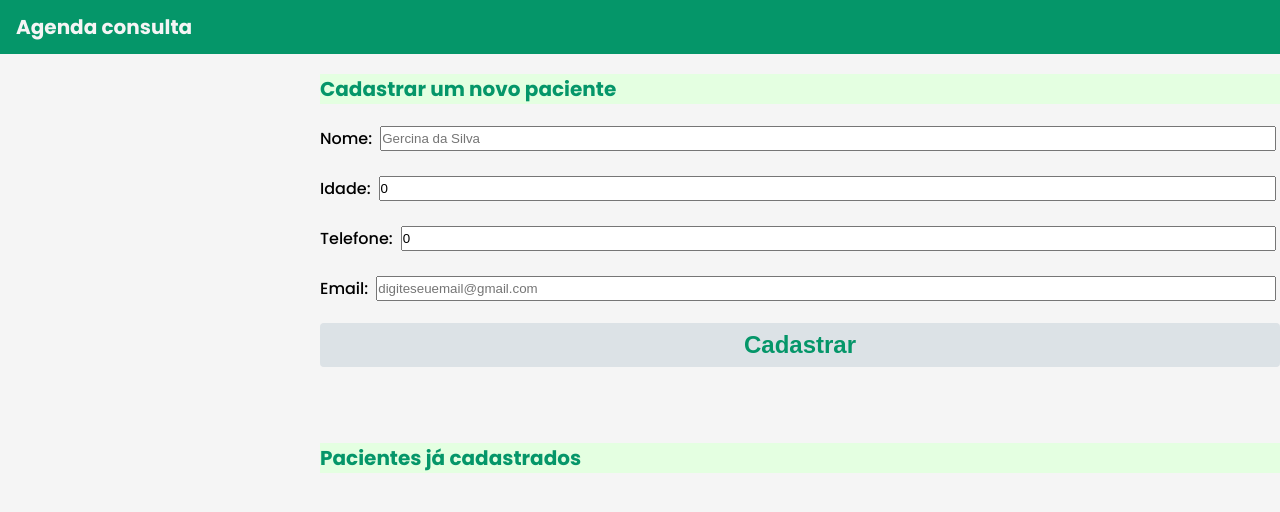
Repository: BarbaraCD/agendaconsulta
Page: /
An editor plug-in stored every save of this project. The page is shown before and after the next save, followed by the edit.
The browser window is 1280 px wide. The pictures show the whole page.
The page's requests for data from a server got no answer. The project was rebuilt for these pictures with package versions that can differ from the ones it lists, and the page was loaded fresh each time. No one was signed in, and anything a server would have sent is missing. Also part of the build but not shown: vite.config.ts, src/styles/StyleList.ts, src/components/Patients.tsx.

Above is the page before, as saved 2023-07-31 09:15:37.

### index.html
<!DOCTYPE html>
<html lang="en">
  <head>
    <meta charset="UTF-8" />
    <link rel="icon" type="image/svg+xml" href="/vite.svg" />
    <meta name="viewport" content="width=device-width, initial-scale=1.0" />

    <link rel="preconnect" href="https://fonts.googleapis.com">
    <link rel="preconnect" href="https://fonts.gstatic.com" crossorigin>
    <link href="https://fonts.googleapis.com/css2?family=Poppins:wght@400;500;700&display=swap" rel="stylesheet">

    <title>Agendamento de Consulta</title>
  </head>
  <body>
    <div id="root"></div>
    <script type="module" src="/src/main.tsx"></script>
  </body>
</html>

### src/main.tsx
import React from 'react'
import ReactDOM from 'react-dom/client'
import App from './App.tsx'
import { ThemeProvider } from 'styled-components'
import { theme } from './styles/Theme.ts'

ReactDOM.createRoot(document.getElementById('root')!).render(
  <React.StrictMode>
    <ThemeProvider theme={theme}>
      <App />
    </ThemeProvider>
  </React.StrictMode>,
)

### src/App.tsx
import './styles/global'
import { Header } from './components/Header'
import GlobalStyle from './styles/global'
import { CreatePatient } from './components/CreatePatient'

function App() {

  return (
    <>
      <GlobalStyle />
      <Header />
      {/* <Sidebar /> */}
      {/* <CreateDoctor/> */}
      <CreatePatient />

    </>
  )
}

export default App

### src/styles/Theme.ts

export const theme = {
  colors: {
    primary: '#059669',
    head: '#059669B3',
    900: '#6A8D73',
    800: '#AFC5A6',
    700: '#F4FDD9',
    100: '#E4FFE1',

    sbcolor: '#DCE2E6',
    gray: '#41414D',
    black: '#000',
    white: '#f5f5f5',
  },

  size: {
    sm: '14px',
    md: '16px',
    lg: '18px',
    xl: '20px',
    xxl: '24px'
  }
}

### src/styles/global.ts
import { createGlobalStyle } from 'styled-components'

export default createGlobalStyle`
  *{
    margin: 0;
    padding: 0;
    box-sizing: border-box;
  }
  body{
    font-family: 'Poppins', sans-serif;
    background: ${(props) => props.theme.colors.white};
    font-size: ${(props) => props.theme.size.xl};
  }
`

### src/components/Header.tsx
import { styled } from "styled-components"

const Container = styled.div`
  background-color: ${(props) => props.theme.colors.primary};
  padding: 12px 16px;
  color: ${(props) => props.theme.colors.white};
  font-weight: 700;
`

export function Header(){
  return (
    <Container>
      Agenda consulta
    </Container>
  )
}

### src/components/CreatePatient.tsx
import { useEffect, useState } from 'react'
import { Patients, PatientsProps } from './Patients'
import { createPatient, getPatient } from '../services/patient.services'
import { InputPatients } from './InputPatient'
import { SubmitButton } from './SubmitButton'
import { Container, Container2, Container3 }  from '../styles/CreateContainer'


export function CreatePatient(){

  const [patients, setPatients] = useState<PatientsProps[]>([])
  const [newPatient, setNewPatient] = useState<PatientsProps>({
    id: 0,
    name: '',
    age: 0,
    telephone: 0,
    email:''
  })

  useEffect(() => {
    fetchPatient().catch((error) => {
      console.error('Error fetching Patients:', error);
    });
  }, []);

  async function fetchPatient() {
    try {
      const response: PatientsProps[] = await getPatient();
      setPatients(response);
    } catch (error) {
      console.error('Error fetching Patients:', error);
    }
  }

  async function createNewPatient(){
    if(
      newPatient?.name.trim() !== '' &&
      typeof newPatient?.age === 'number' && newPatient?.age > 0 &&
      typeof newPatient?.telephone === 'number' && newPatient?.telephone > 0 &&
      newPatient?.email.trim() !== ''
      ){
        try {
          await createPatient(newPatient.name, newPatient.age, newPatient.telephone, newPatient.email);
          await fetchPatient();
            setNewPatient({
              id: 0,
              name: '',
              age: 0,
              telephone: 0,
              email: ''
            })
        console.log("Médico cadastrado com sucesso!")
        } catch(error){
          console.log("Erro ao cadastrar medico:", error)
        }
      } else {
        console.error("Por favor, preencha todos os campos corretamente.")
      }
  }

  return(
    <Container>
      <Container2>
      <h3>Cadastrar um novo paciente</h3>
        <InputPatients
          name={newPatient.name}
          age={newPatient.age}
          telephone={newPatient.telephone}
          email={newPatient.email}
          onNameChange={(value) => setNewPatient({ ...newPatient, name: value })}
          onAgeChange={(value) => setNewPatient({ ...newPatient, age: value })}
          onTelephoneChange={(value) => setNewPatient({ ...newPatient, telephone: value})}
          onEmailChange={(value) =>
            setNewPatient({ ...newPatient, email: value })
          }
        />

          <SubmitButton onClick={createNewPatient}/>
        </Container2>

        <Container3>
          <h3>Pacientes já cadastrados</h3>
          {patients.length > 0 && (
            patients.map((patients) => (
              <Patients
                id={patients.id}
                key={patients.id}
                name={patients.name}
                age={patients.age}
                telephone={patients.telephone}
                email={patients.email}
              />
            ))
          )}
        </Container3>

    </Container>
  )
}

### src/services/patient.services.ts
import axios from 'axios';
import { PatientsProps } from '../components/Patients'
import { api } from './ApiConfig'

export async function getPatient(): Promise<PatientsProps[]> {
  try {
    const response = await axios.get('http://localhost:3333/patient');
    // eslint-disable-next-line @typescript-eslint/no-unsafe-return
    return response.data;
  } catch (error) {
    throw new Error('Erro ao obter dados dos pacientes:');
  }
}

export async function createPatient(name: string, age: number, telephone: number, email: string){
  return api.post('/patient', {
    name,
    age,
    telephone,
    email,
  })
}

### src/components/InputPatient.tsx
import { InputContainer } from '../styles/InputContainer'

interface InputPatientsProps{
  name: string
  age: number
  telephone: number
  email: string
  onNameChange: (value: string) => void
  onAgeChange: (value: number) => void
  onTelephoneChange: (value: number) => void
  onEmailChange: (value: string) => void
}

export function InputPatients(props: InputPatientsProps) {
  return (
    <InputContainer>
        <label>
          <p>Nome:</p>
          <input
            type="text"
            name="nome"
            value={props.name}
            onChange={(event) => props.onNameChange(event.target.value)}
            placeholder='Gercina da Silva'
          />
        </label>
        <br />
        <label>
          <p>Idade:</p>
          <input
            type="text"
            name="idade"
            value={props.age}
            onChange={(event) => props.onAgeChange(Number(event.target.value))}
            placeholder='idade'
          />
        </label>
        <br />
        <label>
          <p>Telefone:</p>
          <input
            type="text"
            name="telefone"
            value={props.telephone}
            onChange={(event) => props.onTelephoneChange(Number(event.target.value))}
          />
        </label>
        <br />
        <label>
          <p>Email:</p>
          <input
            type="text"
            name="email"
            value={props.email}
            onChange={(event) => props.onEmailChange(event.target.value)}
            placeholder='digiteseuemail@gmail.com'
          />
        </label>
    </InputContainer>
  );
}

### src/components/SubmitButton.tsx
import { styled } from "styled-components"

interface SubmitButtonProps {
  onClick: () => void
}

const StyledButton = styled.button`
  padding: 8px;
  margin: 12px 0;
  border-radius: 4px;
  color: ${(props) => props.theme.colors.primary};
  border: none;
  background-color: ${(props) => props.theme.colors.sbcolor};
  cursor: pointer;

  p{
    font-size: ${(props) => props.theme.size.xxl};
    font-weight: 700;
  }
`

export function SubmitButton({ onClick }: SubmitButtonProps) {
  return (
    <StyledButton onClick={onClick}>
      <p>
        Cadastrar
      </p>
    </StyledButton>
  )
}

### src/styles/CreateContainer.ts
import styled from "styled-components"

export const Container = styled.div`
  background-color: ${(props) => props.theme.colors.white};
  justify-content: start;
  align-items: center;
`

export const Container2 = styled.div`
  display: flex;
  flex-direction: column;
  margin-left: 320px;
  padding: 20px 0;

  h3{
    font-size: ${(props) => props.theme.size.xl};
    color: ${(props) => props.theme.colors.primary};
    background-color: ${(props) => props.theme.colors[100]};
    margin-bottom: 12px;
  }

`
export const Container3 = styled.div`
  margin-top: 24px;
  flex-direction: column;
  margin-left: 320px;
  padding: 20px 0;

  h3{
    font-size: ${(props) => props.theme.size.xl};
    color: ${(props) => props.theme.colors.primary};
    background-color: ${(props) => props.theme.colors[100]};
    margin-bottom: 12px;
  }
`

### src/services/ApiConfig.ts
import axios from "axios";

export const api = axios.create({
  baseURL: 'http://localhost:3333',
})

### src/styles/InputContainer.ts
import styled from "styled-components"

export const InputContainer = styled.div`

  color: ${(props) => props.theme.colors.black};
  font-size: ${(props) => props.theme.size.md};
  padding: 10px 0;

  h3 {
    background-color: ${(props) => props.theme.colors[100]};
    color: ${(props) => props.theme.colors.primary};
    margin-bottom: 10px;
  }

  label {
    display: flex;
    margin-right: 4px;
  }

  p{
    font-size: ${(props) => props.theme.size.md};
    font-weight: 500;
  }

  input {
    width: 80vw;
    margin-left: 8px;
  }
`

After the next save:
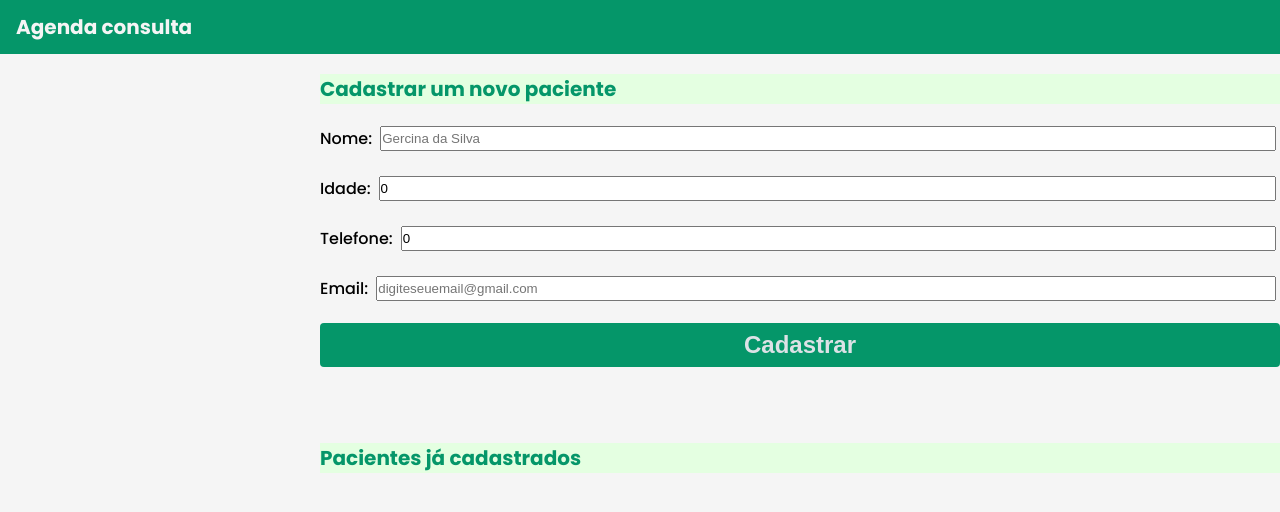
Saved 7 min 54 s later.
--- a/src/components/SubmitButton.tsx
+++ b/src/components/SubmitButton.tsx
@@ -8,9 +8,9 @@ const StyledButton = styled.button`
   padding: 8px;
   margin: 12px 0;
   border-radius: 4px;
-  color: ${(props) => props.theme.colors.primary};
+  color: ${(props) => props.theme.colors.sbcolor};
   border: none;
-  background-color: ${(props) => props.theme.colors.sbcolor};
+  background-color: ${(props) => props.theme.colors.primary};
   cursor: pointer;
 
   p{
